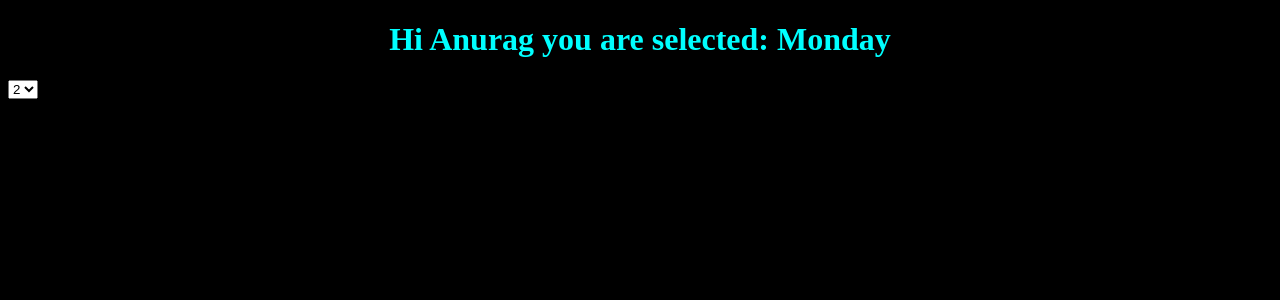
Repository: parveen95887/salesforceTest
Page: index.html
The author's editor kept a copy of each file at every save. The page is drawn from the files as they stood at one save, then again after the next save.
The browser window is 1280 px wide. The pictures show the whole page.
After loading, the first visible `#selday` was changed once.

Above is the page before, as saved 2024-08-27 16:32:37.

After the next save:
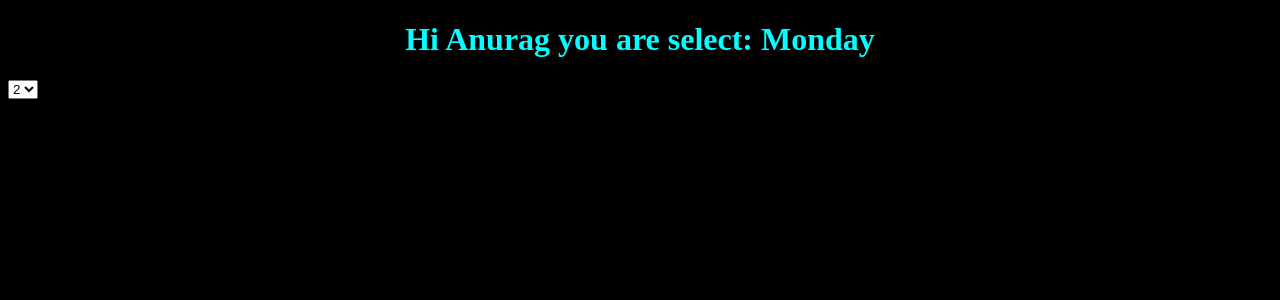
Saved 5 s later.
--- a/myscript.js
+++ b/myscript.js
@@ -39,6 +39,6 @@
          break;
         }
 
-        heading.textContent=`Hi Anurag you are selected: ${day}`;
+        heading.textContent=`Hi Anurag you are select: ${day}`;
     });
 });
